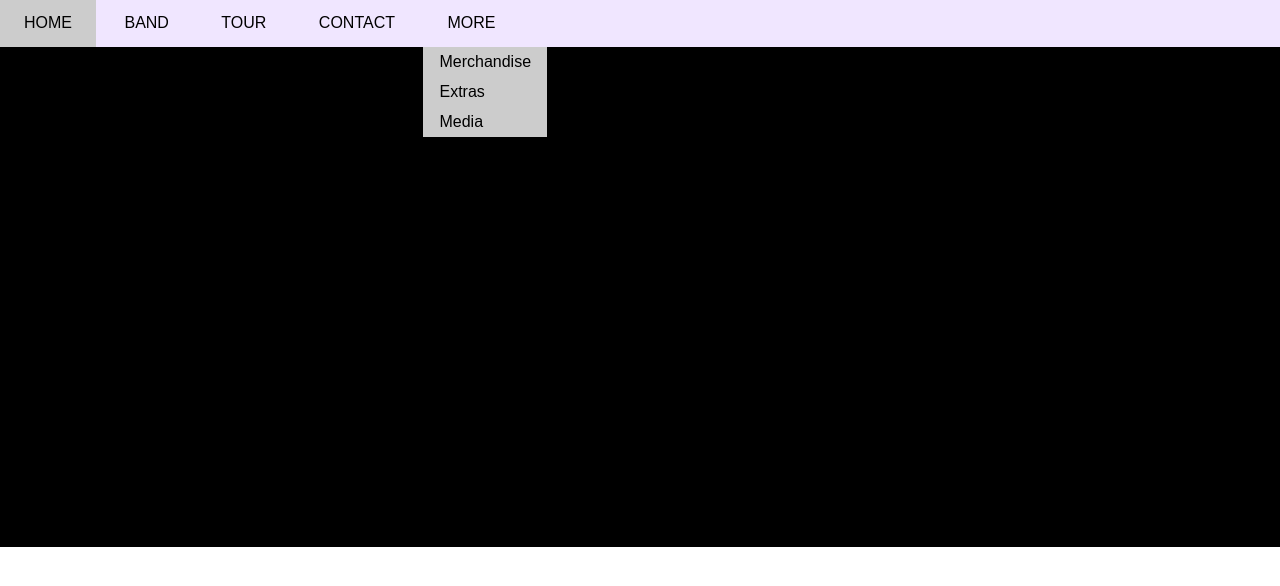
Repository: Ducspdn/WeTheBandF8
Page: w3_band/index.html
These files come from the project's save history. The page is drawn as it stood at one moment and after the next save; the edit follows.
The browser window is 1280 px wide. The pictures show the whole page.

Above is the page before, as saved 2023-01-16 22:26:22.

### w3_band/index.html
<html lang="en">
<head>
    <meta charset="UTF-8">
    <meta http-equiv="X-UA-Compatible" content="IE=edge">
    <meta name="viewport" content="width=device-width, initial-scale=1.0">
    <title>Web The Band</title>
    <link rel="stylesheet" href="./assets/css/style.css">
</head>
<body>
    <div id="main">
        <div id="header">
            <ul id="nav">
                <!-- ul#nav>li*5 -->
                <li><a href="">Home</a></li>
                <li><a href="">Band</a></li>
                <li><a href="">Tour</a></li>
                <li><a href="">Contact</a></li>
                <li>
                    <a href="">More</a>
                    <ul class="subnav">
                        <li><a href="">Merchandise</a></li>
                        <li><a href="">Extras</a></li>
                        <li><a href="">Media</a></li>
                    </ul>
                </li>
            </ul>

        </div>

        <div id="slider">

        </div>

        <div id="content">

        </div>

        <div id="footer">

        </div>
    </div>
</body>
</html>

### w3_band/assets/css/style.css
*{
    /* ReSet CSS */
    padding :0 ;
    margin: 0;
    box-sizing: border-box;
    /* thẻ * áp dụng cho tất cả các thẻ luôn */
}
html{
    font-family: Arial, Helvetica, sans-serif ;
    /* 1 và 2 là kiểu chữ đọc từ máy nếu không có 1 và 2 thì chạy sang 3 , 3 chủng form bất kì */
    /* set font chữ cho toàn Website */
    /* chỉ kế thừa thẻ nào có chữ */
}
/* từ ngoài vào trong */
/* từ trên xuống dưới */
/* từ tổng quan đến chi tiết */
/* vị trí */
/* kích thước */
/* màu sắc */
/* kiểu dáng : kiểu chữ , hình tròn , hình vuông .... */
#main {

}
#header {
    /* width :100% ; */
    height: 46.5px;
    background-color: rgba(225, 205, 255, 0.5);
}
#nav , .subnav {
    list-style-type:none;
    /*bỏ dâu . trong list */
}
#nav{

}
#nav >li{
    display : inline-block ;
}
#nav li{
    /* display : inline-block ; */
    /* vì inline nên khong set được thuộc tính */
    position : relative ;
}
#nav > li > a {
    text-transform: uppercase;
    /* viết in hoa */
    color : black ;
}
#nav li a {
    text-decoration: none ;

    line-height: 46.5px;
    padding-top: 0;
    padding-bottom: 0;
    padding-left : 24px;
    padding-right: 24px;
    /* đổi form chữ cần kĩ thuật nhúng , chưa học */
    display: inline-block;
}
#nav li:hover a{
    color: black;
    background-color: rgba(123, 234, 111, 0.5) ;
}
#nav > li:hover > a {
    color : black ;
    background-color: #ccc;
}

#nav .subnav{
    /* display: none; */
    position :absolute ;
    background-color: #ccc;
}
#nav .subnav a {
    color: black;
    padding-top:0px;
    padding-bottom : 0px;
    padding-left : 16px ;
    padding-right : 16px ;
    line-height: 30px;
}
#nav .subnav li:hover{
    color : black ;
    background-color: #ccc;
}
#slider {
    min-height: 500px;
    background-color: black;

}
#content {

}

#footer {

}

After the next save:
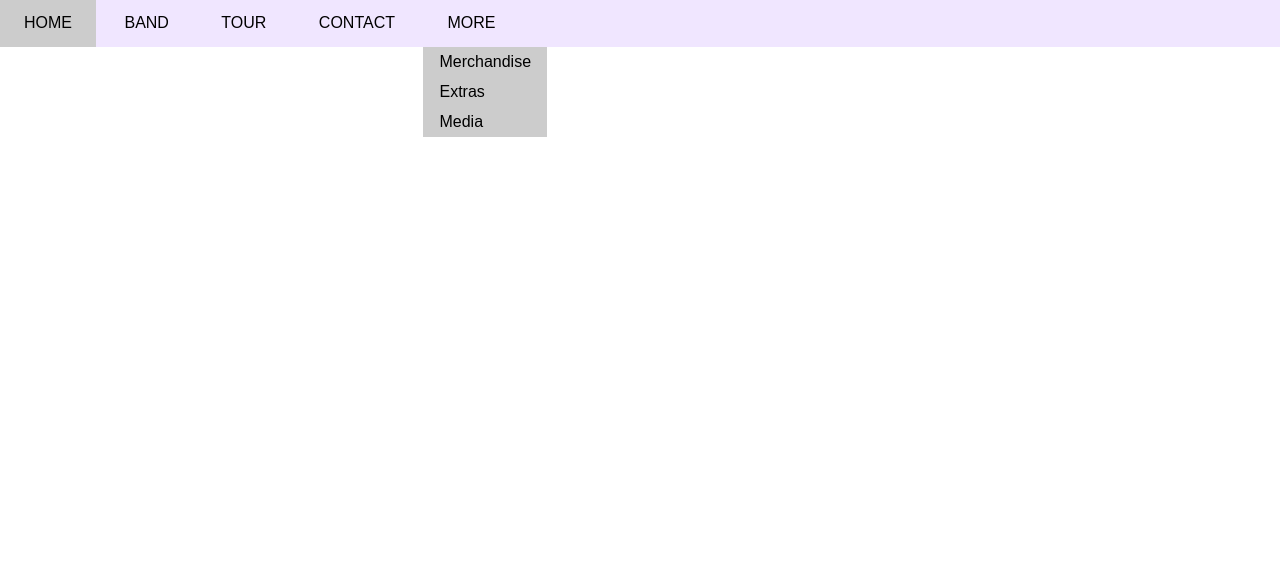
Saved 92 s later.
--- a/w3_band/assets/css/style.css
+++ b/w3_band/assets/css/style.css
@@ -84,8 +84,8 @@ html{
     background-color: #ccc;
 }
 #slider {
-    min-height: 500px;
-    background-color: black;
+    /* min-height: 500px;
+    background-color: black; */
 
 }
 #content {
